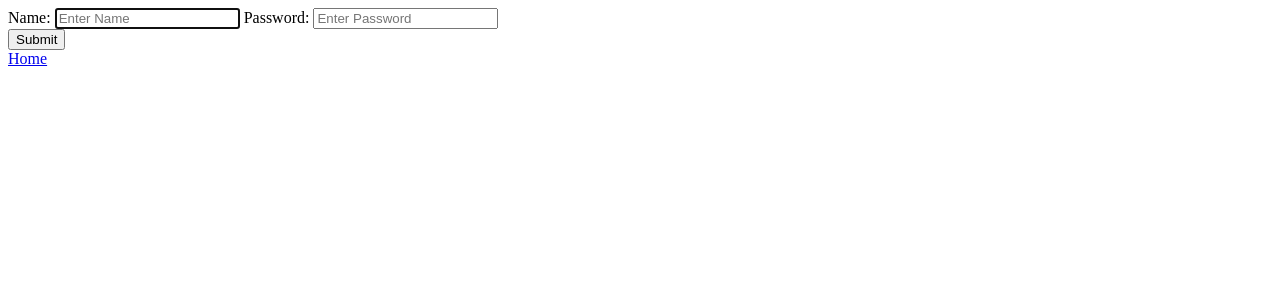
Repository: SHARMILAG97/WebApplication
Page: http://localhost/watercan-web/adminlogin.jsp
The author's editor kept a copy of each file at every save. The page is drawn from the files as they stood at one save, then again after the next save.
The browser window is 1280 px wide. The pictures show the whole page.
The page is served by Tomcat 9.

Above is the page before, as saved 2019-09-10 09:52:10.

After the next save:
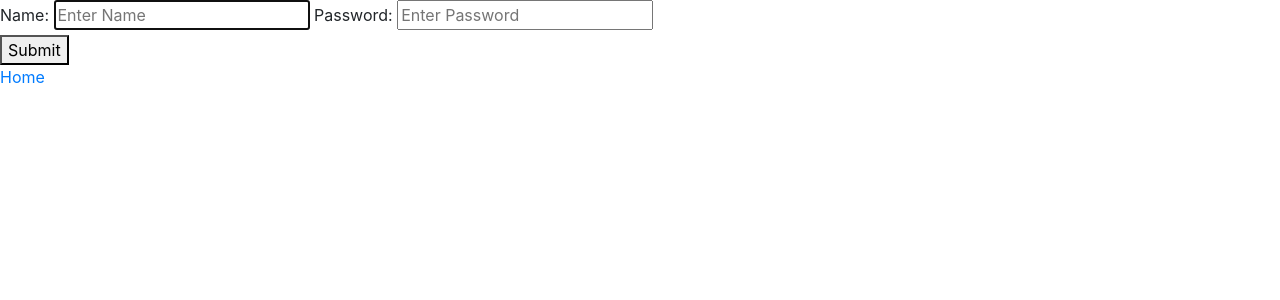
Console error: TypeError: Cannot read properties of undefined (reading 'fn')
Saved 37 s later.
--- a/watercan-web/src/main/webapp/adminlogin.jsp
+++ b/watercan-web/src/main/webapp/adminlogin.jsp
@@ -5,6 +5,8 @@
 <head>
 <meta charset="ISO-8859-1">
 <title>AdminLogin</title>
+<link rel="stylesheet" href="css/bootstrap.min.css">
+<script src="js/bootstrap.min.js"></script>
 </head>
 <body>
 <form action="admin.jsp">
